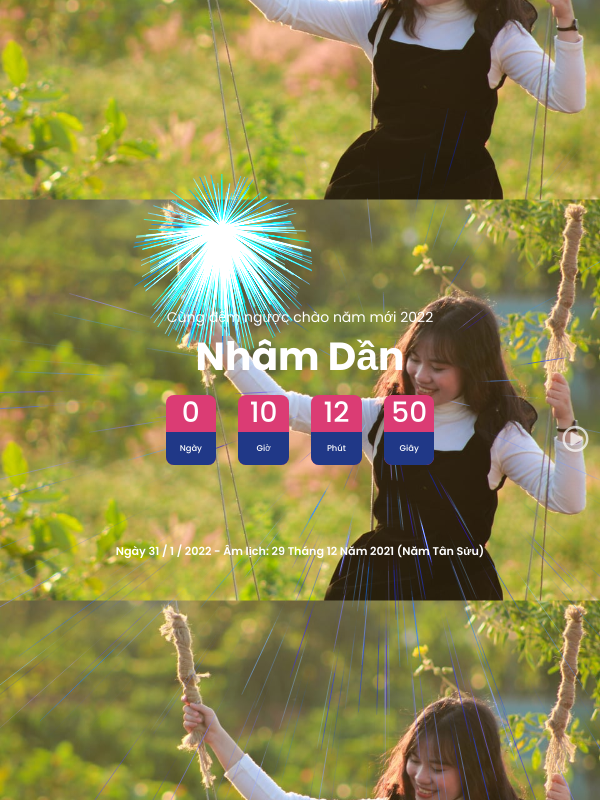
Repository: nguyenban1903/nguyenban1903.github.io
Page: huonggiangcountdown/index.html
These files come from the project's save history. The page is drawn as it stood at one moment and after the next save; the edit follows.
The browser window is 600 px wide. The pictures show the whole page.
Some web libraries are served in a nearby version.

Above is the page before, as saved 2022-01-31 17:08:26.

### huonggiangcountdown/index.html
<!DOCTYPE html>
<html lang="en">
  <head>
    <meta charset="UTF-8" />
    <meta http-equiv="X-UA-Compatible" content="IE=edge" />
    <meta name="viewport" content="width=device-width, initial-scale=1.0" />
    <title>Happy New Year - Lunar New Year Vietnamese</title>
    <link rel="shortcut icon" href="./assets/icon/dobee.ico" type="image/x-icon">
    <link rel="icon" href="./assets/icon/dobee.ico" type="image/x-icon">
    <link rel="preconnect" href="https://fonts.googleapis.com" />
    <link rel="preconnect" href="https://fonts.gstatic.com" crossorigin />
    <link
      href="https://fonts.googleapis.com/css2?family=Poppins:wght@300;400;500;600;700;800;900&display=swap"
      rel="stylesheet"
    />
    <link rel="stylesheet" href="https://pro.fontawesome.com/releases/v5.10.0/css/all.css" integrity="sha384-AYmEC3Yw5cVb3ZcuHtOA93w35dYTsvhLPVnYs9eStHfGJvOvKxVfELGroGkvsg+p" crossorigin="anonymous"/>
    <link rel="stylesheet" href="./assets/css/style.css" />
  </head>
  <body>
    <div class="content-wrapper">
      <p class="header">
        Cùng đếm ngược chào năm mới <span id="newyear-positive">0000</span>
      </p>
      <h1 class="newyear">---</h1>
      <div class="time">
        <div class="time-box">
          <div class="time-box__count">
            <span id="days">0</span>
          </div>
          <div class="time-box__text">Ngày</div>
        </div>
        <div class="time-box">
          <div class="time-box__count">
            <span id="hours">0</span>
          </div>
          <div class="time-box__text">Giờ</div>
        </div>
        <div class="time-box">
          <div class="time-box__count">
            <span id="minutes">0</span>
          </div>
          <div class="time-box__text">Phút</div>
        </div>
        <div class="time-box">
          <div class="time-box__count">
            <span id="seconds">0</span>
          </div>
          <div class="time-box__text">Giây</div>
        </div>
      </div>

      <div class="current-date">
        <span class="date-positive">----</span>
        <span class="date-lunar">---</span>
      </div>
      <div class="musics">
        <i class="far fa-play-circle play-btn"></i>
        <i class="far fa-pause-circle pause-btn hide"></i>
      </div>
    </div>
    <div
      class="firework-container"
      style="background-image: url('./assets/img/g5.jpg')"
    ></div>
    <script src="./assets/js/fireworks.js"></script>
    <script src="./assets/js/amlich-nbd.js"></script>
    <script src="./assets/js/app.js"></script>
  </body>
</html>

### huonggiangcountdown/assets/css/style.css
:root {
  --txt-color: #fff;
  --timer-box-bg: #db3c74;
  --timer-box-txt-bg: #203887;
}

* {
  margin: 0;
  padding: 0;
  box-sizing: border-box;
}

html {
  user-select: none;
  font-family: "Poppins", sans-serif;
}

body {
  height: 100vh;
  color: var(--txt-color);
  overflow: hidden;
}

.firework-container {
  position: fixed;
  z-index: 0;
  left: 0;
  top: 0;
  width: 100%;
  height: 100%;
  background-position: right;
  background-size: contain;
  background-repeat: repeat;
}

.content-wrapper {
  position: absolute;
  z-index: 999;
  top: 0;
  left: -80px;
  width: 100%;
  height: 100%;
  display: flex;
  flex-direction: column;
  justify-content: center;
  align-items: center;
}

.header {
  font-size: 2rem;
  font-weight: 400;
  margin-bottom: 15px;
}

.newyear {
  font-size: 5rem;
  font-weight: 700;
  line-height: 1.5;
  margin-bottom: 27px
}

.time {
  display: flex;
  justify-content: center;
  align-items: center;
}

.time > * ~ * {
  margin-left: 4rem;
}

.time-box {
  background-color: var(--timer-box-bg);
  border-radius: 8px;
}

.time-box__count {
  width: 9rem;
  height: 9rem;
  display: flex;
  flex-direction: column;
  align-items: center;
  justify-content: center;
}

.time-box__count > span {
  font-size: 5rem;
  font-weight: 500;
}

.time-box__text {
  background-color: var(--timer-box-txt-bg);
  font-size: 1.5rem;
  font-weight: 500;
  text-align: center;
  padding: 10px 0;
  border-bottom-left-radius: 8px;
  border-bottom-right-radius: 8px;
}

.current-date {
  position: absolute;
  bottom: 25px;
}

.date-positive {
  font-size: 1.3rem;
  font-weight: 400;
}

.date-lunar {
  font-size: 1.3rem;
  font-weight: 400;
}

.musics {
  position: absolute;
  bottom: 26px;
  right: 24px;
  cursor: pointer;
}
.hide {
  display: none;
}
.musics > i {
  font-size: 2.4rem;
  opacity: 0.7;
}

@keyframes rotateBtn {
  from {
    transform: rotate(0);
  }
  to {
    transform: rotate(360deg);
  }
}

@media only screen and (min-width: 701px) and (max-width: 1200px) {
  html {
    font-size: 55%;
  }
  .content-wrapper{
    left: 0;
  }
  .header {
    font-size: 3rem;
    font-weight: 400;
  }
  .newyear {
    margin-bottom: 1.5em;
    font-size: 10rem;
    font-weight: 700;
    line-height: 2;
  }
  .time{
    bottom: 8em;
  }
  .time-box{
    height:12em;
  }
  .time-box__count{
    display: flex;
    flex-direction: column;
    align-items: center;
    justify-content: center;
  }
  .current-date {
    bottom: 8em;
  }
  .date-positive {
    font-size: 1.5rem;
    font-weight: 600;
  }
  .date-lunar {
    font-size: 1.5rem;
    font-weight: 600;
  }
  .musics {
    bottom: 10em;
    right: 1em;
  }
  .musics > i {
    font-size: 3.6rem;
    opacity: 0.7;
  }
}

@media only screen and (max-width: 700px) {
  html {
    font-size: 35%;
  }
  .content-wrapper{
    left: 0;
    margin: 0;
    padding: auto;
  }
  .header {
    margin-bottom: 0;
    font-size: 2.5rem;
    text-align: center;
  }
  .newyear {
    margin-bottom: 0.2em;
    font-size: 7rem;
    font-weight: 700;
    line-height: 1.5;
    text-align: center;
  }
  .time{
    padding-bottom: 5em;
  }
  .time-box__count{
    height: 6.5em;
  }
  .date-positive {
    font-size: 2rem;
    font-weight: 600;
    text-align: center;
  }
  .current-date {
    /* position : absolute; */
    text-align: center;
    font-size: 1.7em;
    bottom: 30%;
  }
  .date-lunar {
    font-size: 2rem;
    font-weight: 600;
  }
  .musics {
    bottom: 62em;
    right: 2em;
  }
  .musics > i {
    font-size: 4.8rem;
    opacity: 0.7;
  }

}

### huonggiangcountdown/assets/js/amlich-nbd.js
const CAN = [ "Giáp", "Ất", "Bính", "Đinh", "Mậu", "Kỷ", "Canh", "Tân", "Nhâm", "Quý", ];
const CHI = [ "Tý", "Sửu", "Dần", "Mão", "Thìn", "Tỵ", "Ngọ", "Mùi", "Thân", "Dậu", "Tuất", "Hợi", ];

TK13 = new Array(
    0x226da2, 0x4695d0, 0x3349dc, 0x5849b0, 0x42a4b0, 0x2aaab8, 0x506a50, 0x3ab540, 0x24bb44, 0x48ab6,
    0x3495b0, 0x205372, 0x464970, 0x2e64f9, 0x5454b0, 0x3e6a50, 0x296c57, 0x4c5ac0, 0x36ab60, 0x2386e,
    0x4892e0, 0x30c97c, 0x56c960, 0x40d4a0, 0x2adaa8, 0x4eb550, 0x3a56a0, 0x24adb5, 0x4c25d0, 0x3492e,
    0x1ed2b2, 0x44a950, 0x2ed4d9, 0x52b2a0, 0x3cb550, 0x285757, 0x4e4da0, 0x36a5b0, 0x225574, 0x4852b,
    0x33a93c, 0x566930, 0x406aa0, 0x2aada8, 0x50ab50, 0x3a4b60, 0x24aae4, 0x4aa570, 0x365270, 0x1f526,
    0x42e530, 0x2e6cba, 0x5456a0, 0x3c5b50, 0x294ad6, 0x4e4ae0, 0x38a4e0, 0x20d4d4, 0x46d260, 0x30d53,
    0x56b520, 0x3eb6a0, 0x2b56a9, 0x505570, 0x3c49d0, 0x25a1b5, 0x4aa4b0, 0x34aa50, 0x1eea51, 0x42b52,
    0x2cb5aa, 0x52ab60, 0x3e95b0, 0x284b76, 0x4e4970, 0x3864b0, 0x22b4b3, 0x466a50, 0x306b3b, 0x565ac,
    0x40ab60, 0x2b2ad8, 0x5049e0, 0x3aa4d0, 0x24d4b5, 0x48b250, 0x32b520, 0x1cf522, 0x42b5a0, 0x2c95e,
    0x5295b0, 0x3e49b0, 0x28a576, 0x4ca4b0, 0x36aa50, 0x20ba54, 0x466d40, 0x2ead6c, 0x54ab60, 0x409370
  )
  TK14 = new Array(
    0x2d49b8, 0x504970, 0x3a64b0, 0x246ca5, 0x48da50, 0x325aa0, 0x1cd6c1, 0x42a6e0, 0x2e92fb, 0x5292e,
    0x3cc960, 0x26d557, 0x4cd4a0, 0x34d550, 0x215553, 0x4656a0, 0x30a6d0, 0x1aa5d1, 0x4092b0, 0x2aa5b,
    0x50a950, 0x38b2a0, 0x23b2a5, 0x48ad50, 0x344da0, 0x1ccba1, 0x42a570, 0x2e52f9, 0x545270, 0x3c693,
    0x266b37, 0x4c6aa0, 0x36ab50, 0x205753, 0x464b60, 0x30a67c, 0x56a2e0, 0x3ed160, 0x28e968, 0x4ed4a,
    0x38daa0, 0x225ea5, 0x4856d0, 0x344ae0, 0x1f85d2, 0x42a2d0, 0x2cd17a, 0x52aa50, 0x3cb520, 0x24d74,
    0x4aada0, 0x3655d0, 0x2253b3, 0x4645b0, 0x30a2b0, 0x1ba2b1, 0x40aa50, 0x28b559, 0x4e6b20, 0x38ad6,
    0x255365, 0x489370, 0x344570, 0x1ea573, 0x4452b0, 0x2c6a6a, 0x50d950, 0x3c5aa0, 0x27aac7, 0x4aa6e,
    0x3652e0, 0x20cae3, 0x46a560, 0x2ed2bb, 0x54d2a0, 0x3ed550, 0x2a5ad9, 0x4e56a0, 0x38a6d0, 0x2455d,
    0x4a52b0, 0x32a8d0, 0x1ce552, 0x42b2a0, 0x2cb56a, 0x50ad50, 0x3c4da0, 0x26a7a6, 0x4ca570, 0x3651b,
    0x21a174, 0x466530, 0x316a9c, 0x545aa0, 0x3eab50, 0x2a2bd9, 0x502b60, 0x38a370, 0x2452e5, 0x48d160
  )
  TK15 = new Array(
    0x32e4b0, 0x1c7523, 0x40daa0, 0x2d5b4b, 0x5256d0, 0x3c2ae0, 0x26a3d7, 0x4ca2d0, 0x36d150, 0x1ed95,
    0x44b520, 0x2eb69c, 0x54ada0, 0x3e55d0, 0x2b25b9, 0x5045b0, 0x3aa2b0, 0x22aab5, 0x48a950, 0x32b52,
    0x1ceaa1, 0x40ab60, 0x2c55bc, 0x524b70, 0x3e4570, 0x265377, 0x4c52b0, 0x366950, 0x216954, 0x445aa,
    0x2eab5c, 0x54a6e0, 0x404ae0, 0x28a5e8, 0x4ea560, 0x38d2a0, 0x22eaa6, 0x46d550, 0x3256a0, 0x1d95a,
    0x4295d0, 0x2c4afb, 0x5249b0, 0x3ca4d0, 0x26d2d7, 0x4ab2a0, 0x34b550, 0x205d54, 0x462da0, 0x2e95b,
    0x1b1571, 0x4049b0, 0x2aa4f9, 0x4e64b0, 0x386a90, 0x22aea6, 0x486b50, 0x322b60, 0x1caae2, 0x42937,
    0x2f496b, 0x50c960, 0x3ae4d0, 0x266b27, 0x4adaa0, 0x345ad0, 0x2036d3, 0x4626e0, 0x3092e0, 0x18d2d,
    0x3ec950, 0x28d4d9, 0x4eb4a0, 0x36b690, 0x2355a6, 0x4855b0, 0x3425d0, 0x1ca5b2, 0x4292b0, 0x2ca97,
    0x526950, 0x3a74a0, 0x24b5a8, 0x4aab60, 0x3653b0, 0x202b74, 0x462570, 0x3052b0, 0x1ad2b1, 0x3e695,
    0x286ad9, 0x4e5aa0, 0x38ab50, 0x224ed5, 0x484ae0, 0x32a370, 0x1f44e3, 0x40d2a0, 0x2bd94b, 0x50b550
  )
  TK16 = new Array(
    0x3c56a0, 0x2497a7, 0x4a95d0, 0x364ae0, 0x20a9b4, 0x44a4d0, 0x2ed250, 0x19aaa1, 0x3eb550, 0x2856d,
    0x4e2da0, 0x3895b0, 0x244b75, 0x484970, 0x32a4b0, 0x1cb4b4, 0x426a90, 0x2aad5c, 0x505b50, 0x3c2b6,
    0x2695e8, 0x4a92f0, 0x364970, 0x206964, 0x44d4a0, 0x2cea5c, 0x52d690, 0x3e56d0, 0x2b2b5a, 0x4e26e,
    0x3892e0, 0x22cad6, 0x48c950, 0x30d4a0, 0x1af4a2, 0x40b590, 0x2c56dc, 0x5055b0, 0x3c25d0, 0x2693b,
    0x4c92b0, 0x34a950, 0x1fb155, 0x446ca0, 0x2ead50, 0x192b61, 0x3e4bb0, 0x2a25f9, 0x502570, 0x3852b,
    0x22aaa6, 0x46e950, 0x326aa0, 0x1abaa3, 0x40ab50, 0x2c4b7b, 0x524ae0, 0x3aa570, 0x2652d7, 0x4ad26,
    0x34d950, 0x1e5d55, 0x4456a0, 0x2e96d0, 0x1a55d2, 0x3e4ae0, 0x28a4fa, 0x4ea4d0, 0x38d250, 0x20d69,
    0x46b550, 0x3235a0, 0x1caba2, 0x4095b0, 0x2d49bc, 0x524970, 0x3ca4b0, 0x24b2b8, 0x4a6a50, 0x346d4,
    0x1fab54, 0x442ba0, 0x2e9370, 0x2e52f2, 0x544970, 0x3c64e9, 0x60d4a0, 0x4aea50, 0x373aa6, 0x5a56d,
    0x462b60, 0x3185e3, 0x5692e0, 0x3ec97b, 0x64a950, 0x4ed4a0, 0x38daa8, 0x5cb550, 0x4856b0, 0x342da4
  )
  TK17 = new Array(
    0x58a5d0, 0x4292d0, 0x2cd2b2, 0x52a950, 0x3cb4d9, 0x606aa0, 0x4aad50, 0x365756, 0x5c4ba0, 0x44a5b,
    0x314573, 0x5652b0, 0x41a94b, 0x62e950, 0x4e6aa0, 0x38ada8, 0x5e9b50, 0x484b60, 0x32aae4, 0x58a4f,
    0x445260, 0x2bd262, 0x50d550, 0x3d5a9a, 0x6256a0, 0x4a96d0, 0x3749d6, 0x5c49e0, 0x46a4d0, 0x2ed4d,
    0x54d250, 0x3ed53b, 0x64b540, 0x4cb5a0, 0x3995a8, 0x5e95b0, 0x4a49b0, 0x32a974, 0x58a4b0, 0x42aa5,
    0x2cea51, 0x506d40, 0x3aadbb, 0x622b60, 0x4c9370, 0x364af6, 0x5c4970, 0x4664b0, 0x3074a3, 0x52da5,
    0x3e6b5b, 0x6456d0, 0x502ae0, 0x3893e7, 0x5e92e0, 0x48c960, 0x33d155, 0x56d4a0, 0x40da50, 0x2d355,
    0x5256a0, 0x3aa6fa, 0x6225d0, 0x4c92d0, 0x36aab6, 0x5aa950, 0x44b4a0, 0x2ebaa4, 0x54ad50, 0x3f55a,
    0x644ba0, 0x4ea5b0, 0x3b5278, 0x5e52b0, 0x486930, 0x327555, 0x586aa0, 0x40ab50, 0x2c5b52, 0x524b6,
    0x3da56a, 0x60a4f0, 0x4c5260, 0x34ea66, 0x5ad530, 0x445aa0, 0x2eb6a3, 0x5496d0, 0x404ae0, 0x28c9d,
    0x4ea4d0, 0x38d2d8, 0x5eb250, 0x46b520, 0x31d545, 0x56ada0, 0x4295d0, 0x2c55b2, 0x5249b0, 0x3ca4f9
  )
  TK18 = new Array(
    0x62a4b0, 0x4caa50, 0x37b457, 0x5c6b40, 0x46ada0, 0x305b64, 0x569370, 0x424970, 0x2cc971, 0x5064b,
    0x3a6aa8, 0x5eda50, 0x4a5aa0, 0x32aec5, 0x58a6e0, 0x4492f0, 0x3052e2, 0x52c960, 0x3dd49a, 0x62d4a,
    0x4cd550, 0x365b57, 0x5c56a0, 0x46a6d0, 0x3295d4, 0x5692d0, 0x40a95c, 0x2ad4b0, 0x50b2a0, 0x38b5a,
    0x5ead50, 0x4a4da0, 0x34aba4, 0x58a570, 0x4452b0, 0x2eb273, 0x546930, 0x3c6abb, 0x626aa0, 0x4cab5,
    0x394b57, 0x5c4b60, 0x46a570, 0x3252e4, 0x56d160, 0x3ee93c, 0x64d520, 0x4edaa0, 0x3b5b29, 0x5e56d,
    0x4a4ae0, 0x34a5d5, 0x5aa2d0, 0x42d150, 0x2cea52, 0x52b520, 0x3cd6ab, 0x60ada0, 0x4c55d0, 0x384bb,
    0x5e45b0, 0x46a2b0, 0x30d2b4, 0x56aa50, 0x41b52c, 0x646b20, 0x4ead60, 0x3a55e9, 0x609370, 0x4a457,
    0x34a575, 0x5a52b0, 0x446a50, 0x2d5a52, 0x525aa0, 0x3dab4b, 0x62a6e0, 0x4c92e0, 0x36c6e6, 0x5ca56,
    0x46d4a0, 0x2eeaa5, 0x54d550, 0x4056a0, 0x2ad5a1, 0x4ea5d0, 0x3b52d9, 0x6052b0, 0x4aa950, 0x32d55,
    0x58b2a0, 0x42b550, 0x2e6d52, 0x524da0, 0x3da5cb, 0x62a570, 0x4e51b0, 0x36a977, 0x5c6530, 0x466a90
  )
  TK19 = new Array(
    0x30baa3, 0x56ab50, 0x422ba0, 0x2cab61, 0x52a370, 0x3c51e8, 0x60d160, 0x4ae4b0, 0x376926, 0x58daa0,
    0x445b50, 0x3116d2, 0x562ae0, 0x3ea2e0, 0x28e2d2, 0x4ec950, 0x38d556, 0x5cb520, 0x46b690, 0x325da4,
    0x5855d0, 0x4225d0, 0x2ca5b3, 0x52a2b0, 0x3da8b7, 0x60a950, 0x4ab4a0, 0x35b2a5, 0x5aad50, 0x4455b0,
    0x302b74, 0x562570, 0x4052f9, 0x6452b0, 0x4e6950, 0x386d56, 0x5e5aa0, 0x46ab50, 0x3256d4, 0x584ae0,
    0x42a570, 0x2d4553, 0x50d2a0, 0x3be8a7, 0x60d550, 0x4a5aa0, 0x34ada5, 0x5a95d0, 0x464ae0, 0x2eaab4,
    0x54a4d0, 0x3ed2b8, 0x64b290, 0x4cb550, 0x385757, 0x5e2da0, 0x4895d0, 0x324d75, 0x5849b0, 0x42a4b0,
    0x2da4b3, 0x506a90, 0x3aad98, 0x606b50, 0x4c2b60, 0x359365, 0x5a9370, 0x464970, 0x306964, 0x52e4a0,
    0x3cea6a, 0x62da90, 0x4e5ad0, 0x392ad6, 0x5e2ae0, 0x4892e0, 0x32cad5, 0x56c950, 0x40d4a0, 0x2bd4a3,
    0x50b690, 0x3a57a7, 0x6055b0, 0x4c25d0, 0x3695b5, 0x5a92b0, 0x44a950, 0x2ed954, 0x54b4a0, 0x3cb550,
    0x286b52, 0x4e55b0, 0x3a2776, 0x5e2570, 0x4852b0, 0x32aaa5, 0x56e950, 0x406aa0, 0x2abaa3, 0x50ab50
  ) /* Years 1800-1899 */
  TK20 = new Array(
    0x3c4bd8, 0x624ae0, 0x4ca570, 0x3854d5, 0x5cd260, 0x44d950, 0x315554, 0x5656a0, 0x409ad0, 0x2a55d2,
    0x504ae0, 0x3aa5b6, 0x60a4d0, 0x48d250, 0x33d255, 0x58b540, 0x42d6a0, 0x2cada2, 0x5295b0, 0x3f4977,
    0x644970, 0x4ca4b0, 0x36b4b5, 0x5c6a50, 0x466d40, 0x2fab54, 0x562b60, 0x409570, 0x2c52f2, 0x504970,
    0x3a6566, 0x5ed4a0, 0x48ea50, 0x336a95, 0x585ad0, 0x442b60, 0x2f86e3, 0x5292e0, 0x3dc8d7, 0x62c950,
    0x4cd4a0, 0x35d8a6, 0x5ab550, 0x4656a0, 0x31a5b4, 0x5625d0, 0x4092d0, 0x2ad2b2, 0x50a950, 0x38b557,
    0x5e6ca0, 0x48b550, 0x355355, 0x584da0, 0x42a5b0, 0x2f4573, 0x5452b0, 0x3ca9a8, 0x60e950, 0x4c6aa0,
    0x36aea6, 0x5aab50, 0x464b60, 0x30aae4, 0x56a570, 0x405260, 0x28f263, 0x4ed940, 0x38db47, 0x5cd6a0,
    0x4896d0, 0x344dd5, 0x5a4ad0, 0x42a4d0, 0x2cd4b4, 0x52b250, 0x3cd558, 0x60b540, 0x4ab5a0, 0x3755a6,
    0x5c95b0, 0x4649b0, 0x30a974, 0x56a4b0, 0x40aa50, 0x29aa52, 0x4e6d20, 0x39ad47, 0x5eab60, 0x489370,
    0x344af5, 0x5a4970, 0x4464b0, 0x2c74a3, 0x50ea50, 0x3d6a58, 0x6256a0, 0x4aaad0, 0x3696d5, 0x5c92e0
  ) /* Years 1900-1999 */
  TK21 = new Array(
    0x46c960, 0x2ed954, 0x54d4a0, 0x3eda50, 0x2a7552, 0x4e56a0, 0x38a7a7, 0x5ea5d0, 0x4a92b0, 0x32aab5,
    0x58a950, 0x42b4a0, 0x2cbaa4, 0x50ad50, 0x3c55d9, 0x624ba0, 0x4ca5b0, 0x375176, 0x5c5270, 0x466930,
    0x307934, 0x546aa0, 0x3ead50, 0x2a5b52, 0x504b60, 0x38a6e6, 0x5ea4e0, 0x48d260, 0x32ea65, 0x56d520,
    0x40daa0, 0x2d56a3, 0x5256d0, 0x3c4afb, 0x6249d0, 0x4ca4d0, 0x37d0b6, 0x5ab250, 0x44b520, 0x2edd25,
    0x54b5a0, 0x3e55d0, 0x2a55b2, 0x5049b0, 0x3aa577, 0x5ea4b0, 0x48aa50, 0x33b255, 0x586d20, 0x40ad60,
    0x2d4b63, 0x525370, 0x3e49e8, 0x60c970, 0x4c54b0, 0x3768a6, 0x5ada50, 0x445aa0, 0x2fa6a4, 0x54aad0,
    0x4052e0, 0x28d2e3, 0x4ec950, 0x38d557, 0x5ed4a0, 0x46d950, 0x325d55, 0x5856a0, 0x42a6d0, 0x2c55d4,
    0x5252b0, 0x3ca9b8, 0x62a930, 0x4ab490, 0x34b6a6, 0x5aad50, 0x4655a0, 0x2eab64, 0x54a570, 0x4052b0,
    0x2ab173, 0x4e6930, 0x386b37, 0x5e6aa0, 0x48ad50, 0x332ad5, 0x582b60, 0x42a570, 0x2e52e4, 0x50d160,
    0x3ae958, 0x60d520, 0x4ada90, 0x355aa6, 0x5a56d0, 0x462ae0, 0x30a9d4, 0x54a2d0, 0x3ed150, 0x28e952
  ) /* Years 2000-2099 */
  TK22 = new Array(
    0x4eb520, 0x38d727, 0x5eada0, 0x4a55b0, 0x362db5, 0x5a45b0, 0x44a2b0, 0x2eb2b4, 0x54a950, 0x3cb559,
    0x626b20, 0x4cad50, 0x385766, 0x5c5370, 0x484570, 0x326574, 0x5852b0, 0x406950, 0x2a7953, 0x505aa0,
    0x3baaa7, 0x5ea6d0, 0x4a4ae0, 0x35a2e5, 0x5aa550, 0x42d2a0, 0x2de2a4, 0x52d550, 0x3e5abb, 0x6256a0,
    0x4c96d0, 0x3949b6, 0x5e4ab0, 0x46a8d0, 0x30d4b5, 0x56b290, 0x40b550, 0x2a6d52, 0x504da0, 0x3b9567,
    0x609570, 0x4a49b0, 0x34a975, 0x5a64b0, 0x446a90, 0x2cba94, 0x526b50, 0x3e2b60, 0x28ab61, 0x4c9570,
    0x384ae6, 0x5cd160, 0x46e4a0, 0x2eed25, 0x54da90, 0x405b50, 0x2c36d3, 0x502ae0, 0x3a93d7, 0x6092d0,
    0x4ac950, 0x32d556, 0x58b4a0, 0x42b690, 0x2e5d94, 0x5255b0, 0x3e25fa, 0x6425b0, 0x4e92b0, 0x36aab6,
    0x5c6950, 0x4674a0, 0x31b2a5, 0x54ad50, 0x4055a0, 0x2aab73, 0x522570, 0x3a5377, 0x6052b0, 0x4a6950,
    0x346d56, 0x585aa0, 0x42ab50, 0x2e56d4, 0x544ae0, 0x3ca570, 0x2864d2, 0x4cd260, 0x36eaa6, 0x5ad550,
    0x465aa0, 0x30ada5, 0x5695d0, 0x404ad0, 0x2aa9b3, 0x50a4d0, 0x3ad2b7, 0x5eb250, 0x48b540, 0x33d556
  ) /* Years 2100-2199 */
const months = [01, 02, 03, 04, 05, 06, 07, 08, 09, 10, 11, 12];
const FIRST_DAY = jdn(31, 1, 1200)
const LAST_DAY = jdn(31, 12, 2199)
const PI = Math.PI
const today = new Date()
const currentLunarDate = getLunarDate(today.getDate(), today.getMonth()+1, today.getFullYear())
const currentMonth = today.getMonth()+1
const currentYear = today.getFullYear();
function INT(d) {
    return Math.floor(d);
}

function LunarDate(dd, mm, yy, leap, jd) {
    this.day = dd;
    this.month = mm;
    this.year = yy;
    this.leap = leap;
    this.jd = jd;
}

function jdn(dd, mm, yy) {
    var a = INT((14 - mm) / 12);
    var y = yy+4800-a;
    var m = mm+12*a-3;
    var jd = dd + INT((153*m+2)/5) + 365*y + INT(y/4) - INT(y/100) + INT(y/400) - 32045;
    return jd;
    //return 367*yy - INT(7*(yy+INT((mm+9)/12))/4) - INT(3*(INT((yy+(mm-9)/7)/100)+1)/4) + INT(275*mm/9)+dd+1721029;
}

function decodeLunarYear(yy, k) {
    var monthLengths, regularMonths, offsetOfTet, leapMonth, leapMonthLength, solarNY, currentJD, j, mm;
    var ly = new Array();
    monthLengths = new Array(29, 30);
    regularMonths = new Array(12);
    offsetOfTet = k >> 17;
    leapMonth = k & 0xf;
    leapMonthLength = monthLengths[k >> 16 & 0x1];
    solarNY = jdn(1, 1, yy);
    currentJD = solarNY+offsetOfTet;
    j = k >> 4;
    for(i = 0; i < 12; i++) {
      regularMonths[12 - i - 1] = monthLengths[j & 0x1];
      j >>= 1;
    }
    if (leapMonth == 0) {
      for(mm = 1; mm <= 12; mm++) {
        ly.push(new LunarDate(1, mm, yy, 0, currentJD));
        currentJD += regularMonths[mm-1];
      }
    } else {
      for(mm = 1; mm <= leapMonth; mm++) {
        ly.push(new LunarDate(1, mm, yy, 0, currentJD));
        currentJD += regularMonths[mm-1];
      }
      ly.push(new LunarDate(1, leapMonth, yy, 1, currentJD));
      currentJD += leapMonthLength;
      for(mm = leapMonth+1; mm <= 12; mm++) {
        ly.push(new LunarDate(1, mm, yy, 0, currentJD));
        currentJD += regularMonths[mm-1];
      }
    }
    return ly;
  }

  function getYearInfo(yyyy) {
    var yearCode;
    if (yyyy < 1300) {
      yearCode = TK13[yyyy - 1200];
    } else if (yyyy < 1400) {
      yearCode = TK14[yyyy - 1300];
    } else if (yyyy < 1500) {
      yearCode = TK15[yyyy - 1400];
    } else if (yyyy < 1600) {
      yearCode = TK16[yyyy - 1500];
    } else if (yyyy < 1700) {
      yearCode = TK17[yyyy - 1600];
    } else if (yyyy < 1800) {
      yearCode = TK18[yyyy - 1700];
    } else if (yyyy < 1900) {
      yearCode = TK19[yyyy - 1800];
    } else if (yyyy < 2000) {
      yearCode = TK20[yyyy - 1900];
    } else if (yyyy < 2100) {
      yearCode = TK21[yyyy - 2000];
    } else {
      yearCode = TK22[yyyy - 2100];
    }
    return decodeLunarYear(yyyy, yearCode);
  }

  function findLunarDate(jd, ly) {
    if (jd > LAST_DAY || jd < FIRST_DAY || ly[0].jd > jd) {
      return new LunarDate(0, 0, 0, 0, jd);
    }
    var i = ly.length-1;
    while (jd < ly[i].jd) {
      i--;
    }
    var off = jd - ly[i].jd;
    ret = new LunarDate(ly[i].day+off, ly[i].month, ly[i].year, ly[i].leap, jd);
    return ret;
  }

  function getLunarDate(dd, mm, yyyy) {
    var ly, jd;
    if (yyyy < 1300 || 2199 < yyyy) {
      //return new LunarDate(0, 0, 0, 0, 0);
    }
    ly = getYearInfo(yyyy);
    jd = jdn(dd, mm, yyyy);
    if (jd < ly[0].jd) {
      ly = getYearInfo(yyyy - 1);
    }
    return findLunarDate(jd, ly);
  }

function getYearCanChi(year) {
    return CAN[(year + 6) % 10] + " " + CHI[(year + 8) % 12];
}

### huonggiangcountdown/assets/js/app.js
const fireWorkContainer = document.querySelector(".firework-container");
const daySpan = document.querySelector("#days");
const hourSpan = document.querySelector("#hours");
const minuteSpan = document.querySelector("#minutes");
const secondSpan = document.querySelector("#seconds");
const lunarTimeSpan = document.querySelector(".date-lunar");
const positiveTimeSpan = document.querySelector(".date-positive");
const newYearPositive = document.querySelector("#newyear-positive");
const newYearLunar = document.querySelector(".newyear");
const musicPlay = document.querySelector(".musics");
const playBtn = document.querySelector(".play-btn");
const pauseBtn = document.querySelector(".pause-btn");
const songs = [
  {
      name: "Năm qua tôi đã làm gì",
      path: './assets/music/NamQuaToiDaLamGi.mp3',
  },
  {
      name: "1 năm mới bình an",
      path: './assets/music/1nammoibinhan.mp3',
  },
  {
      name: "Happy New Year",
      path: "./assets/music/HappyNewYear-ABBA.mp3"
  }
];
let isPlaying = false
let currSong, flag = 0
const audio = new Audio()

const firework = new Fireworks(fireWorkContainer, {
  speech: 4,
  acceleration: 2,
  friction: 1,
  gravity: 4,
  particles: 600,
  explosion: 10,
});

const nowYear = new Date();
newYearPositive.innerHTML = nowYear.getFullYear();
newYearLunar.innerHTML = getYearCanChi(nowYear.getFullYear());

const countdown = () => {
  const datePos = nowYear.getDate();
  const monthPos = months[nowYear.getMonth()];
  const yearPos = nowYear.getFullYear();

  const dayLunar = getLunarDate(datePos, monthPos, nowYear.getFullYear()).day
  const monthLunar = getLunarDate(datePos, monthPos, nowYear.getFullYear()).month
  const yearLunar = getLunarDate(datePos, monthPos, nowYear.getFullYear()).year

  const countDateTime = new Date(yearLunar + 1, months[0], 1).getTime();
  const nowTime = new Date().getTime();
  const distance = countDateTime - nowTime;

  const days = Math.floor(distance / (1000 * 60 * 60 * 24));
  const hours = Math.floor((distance % (1000 * 60 * 60 * 24)) / (1000 * 60 * 60));
  const minutes = Math.floor((distance % (1000 * 60 * 60)) / (1000 * 60));
  const seconds = Math.floor((distance % (1000 * 60)) / 1000);

  daySpan.innerHTML = days;
  hourSpan.innerHTML = hours;
  minuteSpan.innerHTML = minutes;
  secondSpan.innerHTML = seconds;
  positiveTimeSpan.innerHTML = `Ngày ${datePos} / ${monthPos} / ${yearPos} - `
  lunarTimeSpan.innerHTML = `Âm lịch: ${dayLunar} Tháng ${monthLunar} Năm ${nowYear.getFullYear() - 1}
    (Năm ${getYearCanChi(nowYear.getFullYear() - 1)})`;
  if (distance < 0) {
    clearInterval(countdownInterval);
  }
};

const handleEvent = () => {
  musicPlay.addEventListener("click", (e) => {
      if (isPlaying) {
          playBtn.classList.remove("hide")
          pauseBtn.classList.add("hide")
          currSong.pause()
      } else {
          playBtn.classList.add("hide")
          pauseBtn.classList.remove("hide")
          pauseBtn.style.animation = 'rotateBtn 2s linear 0.2s infinite'
          selectTrack(flag)
      }
  })
}

function  selectTrack(flag) {
  songs.forEach((song, index) => {
      if (flag === index) {
          initPlayer(song.path, (flag) => {
              selectTrack(flag)
          });
      }
  })
}

function initPlayer(url, callback) {
  audio.src = url
  if (audio.src !== undefined) {
      audio.play()
  }
  audio.volume = 0.3
  audio.onplay = () => {
      isPlaying = true
      currSong = audio
  }
  audio.onpause = () => {
      isPlaying = false
      currSong = null
  }
  audio.onended = () => {
      isPlaying = false
      currSong = null
      if (flag < songs.length - 1 ) {
          callback(++flag)
      } else {
          flag = 0
          callback(flag)
      }
  }
}

firework.start();
countdown();
handleEvent();
const countdownInterval = setInterval(countdown, 1000);

Loaded but not shown: huonggiangcountdown/assets/js/fireworks.js (library)

After the next save:
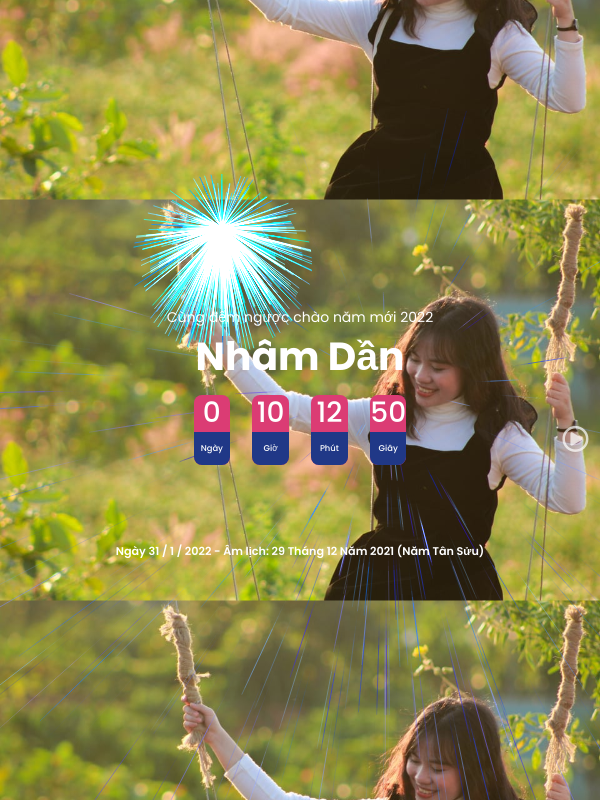
Saved 54 s later.
--- a/huonggiangcountdown/assets/css/style.css
+++ b/huonggiangcountdown/assets/css/style.css
@@ -212,6 +212,7 @@ body {
   }
   .time-box__count{
     height: 6.5em;
+    width: 6.5em;
   }
   .date-positive {
     font-size: 2rem;
